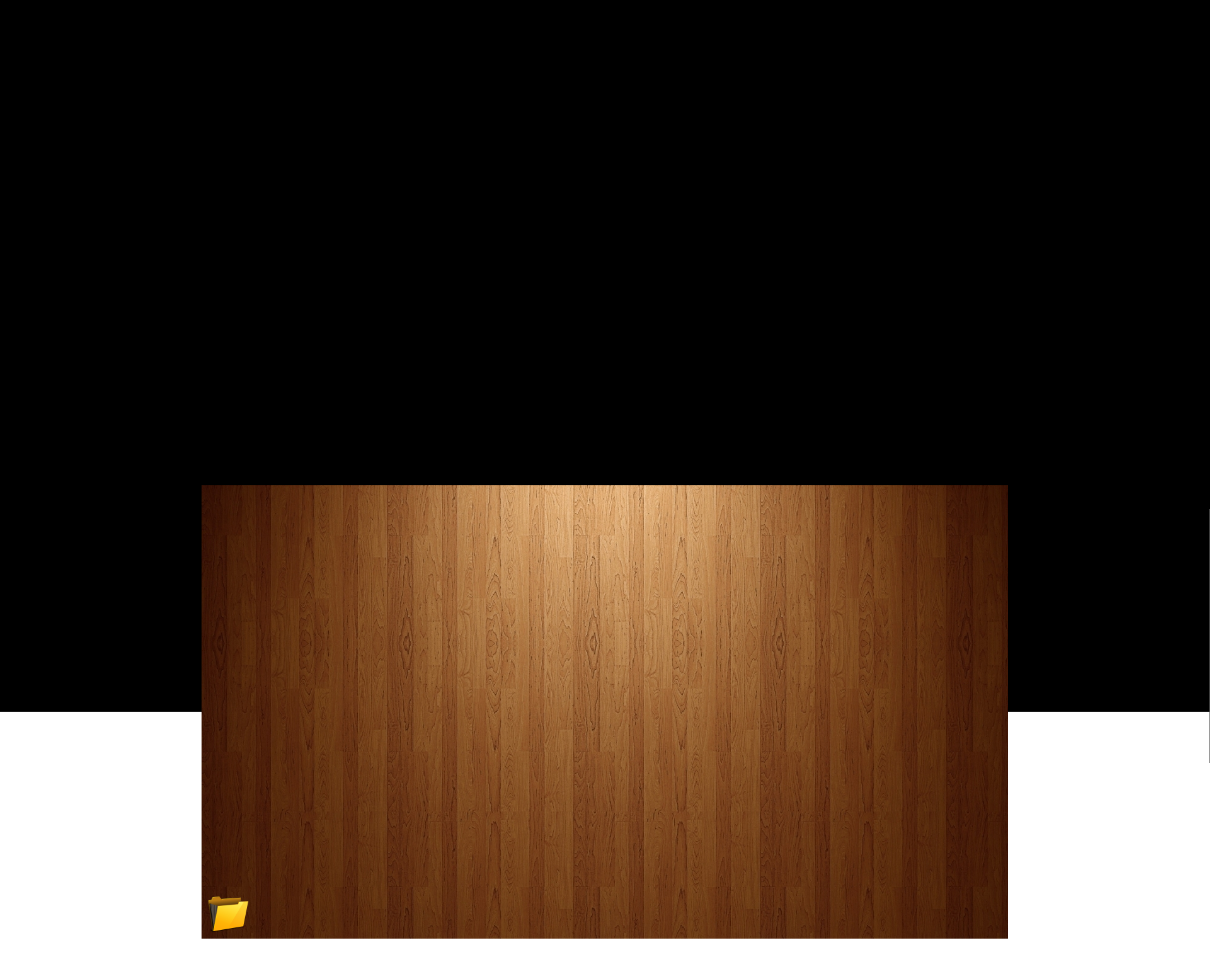
Repository: pe22dw/1dv403-laborationer
Page: 5-pwd/index.html
The author's editor kept a record of every edit. The page is drawn from the files as they stood at one moment, then again after the next edit.
The browser window is 1280 px wide. The page is 1920 px wide, so the pictures cover 1920 px, including what lies to the right of the window. The pictures show the whole page, at 63% of full size.
After loading, the first visible `#button` was clicked once.
The page's requests for data from a server got no answer.

Above is the page before.
Console error: TypeError: Cannot read properties of undefined (reading 'createElement')

After the next edit:
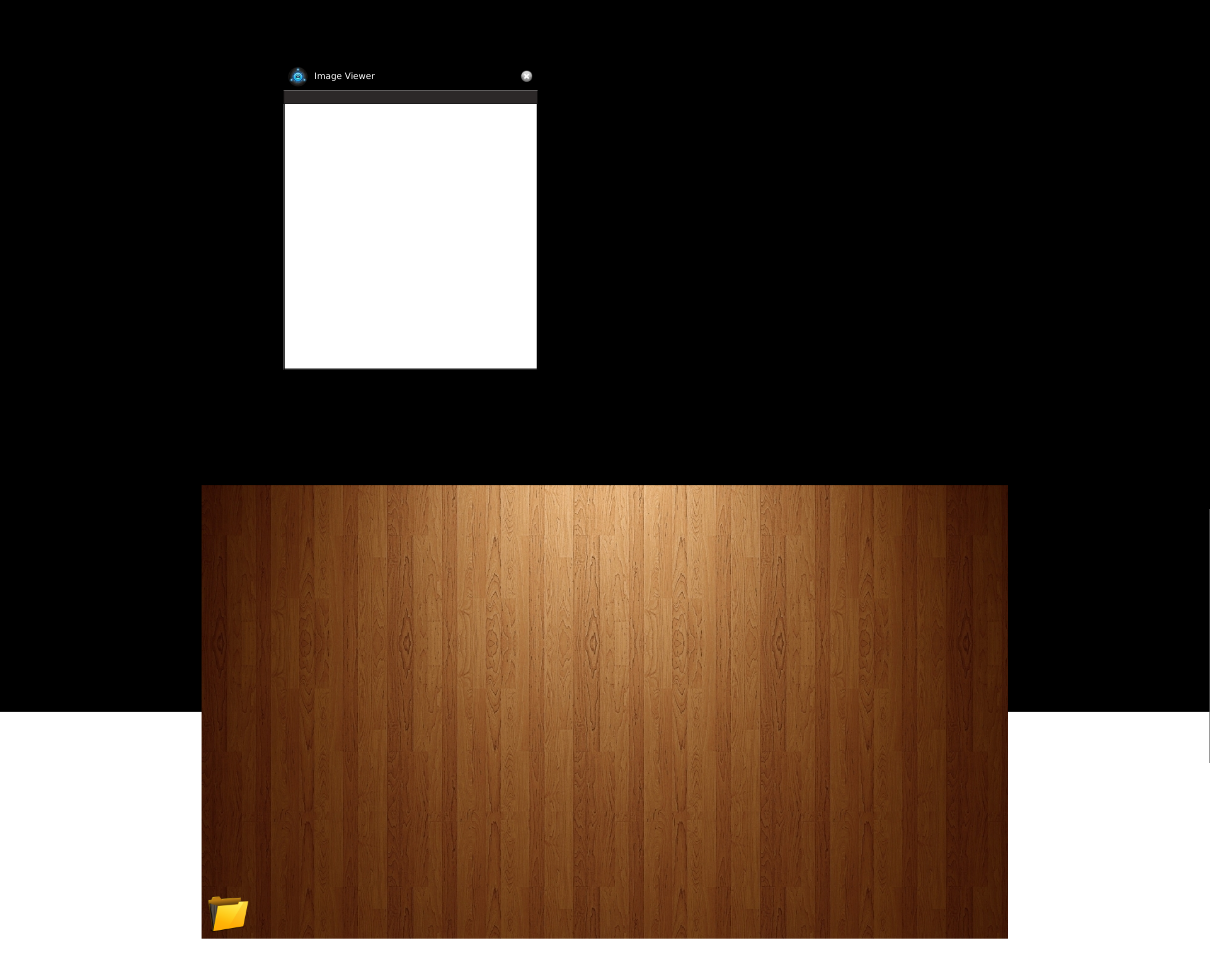
The error is gone.
The edit:
--- a/5-pwd/script/desktop.js
+++ b/5-pwd/script/desktop.js
@@ -57,7 +57,7 @@
         exitLogo.setAttribute("src", "pics/closewindow.png");
         exitLogo.setAttribute("id", "exitlogo");
 
-        var emptySpace = document.document.createElement("div");
+        var emptySpace = document.createElement("div");
         emptySpace.setAttribute("id", "windowemptyspace");
 
         var myWindowBottom = document.createElement("div");
